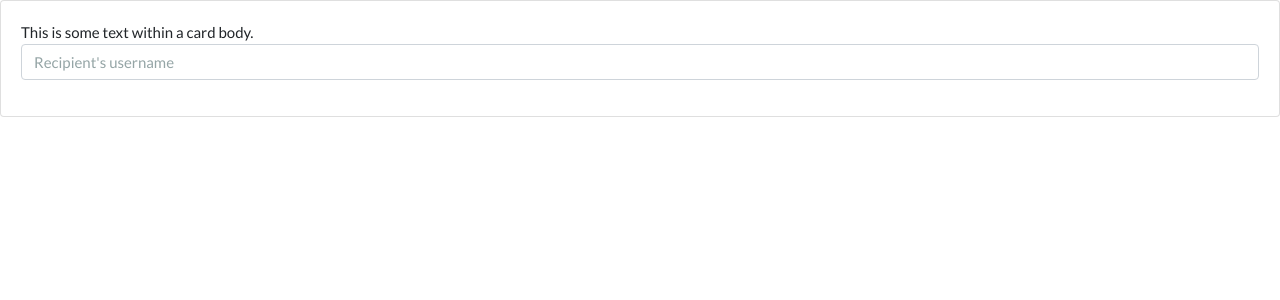
Repository: broganneagle/NYTSearch
Page: index.html
An editor plug-in stored every save of this project. The page is shown before and after the next save, followed by the edit.
The browser window is 1280 px wide. The pictures show the whole page.
Some web libraries are served in a nearby version.

Above is the page before, as saved 2020-06-26 13:35:29.

After the next save:
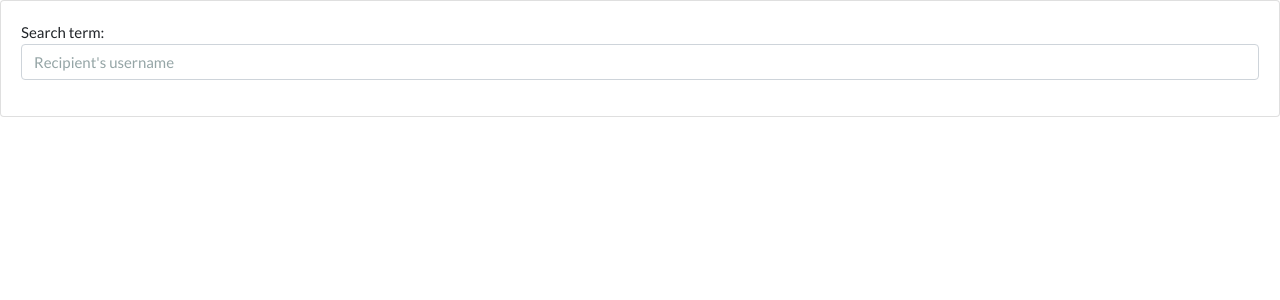
Saved 51 s later.
--- a/index.html
+++ b/index.html
@@ -11,7 +11,7 @@
 <body>
     <div class="card">
         <div class="card-body">
-          This is some text within a card body.
+          Search term:
         <div class="input-group mb-3">
         <input type="text" class="form-control" placeholder="Recipient's username" aria-label="Recipient's username" aria-describedby="button-addon2">
      </div>
